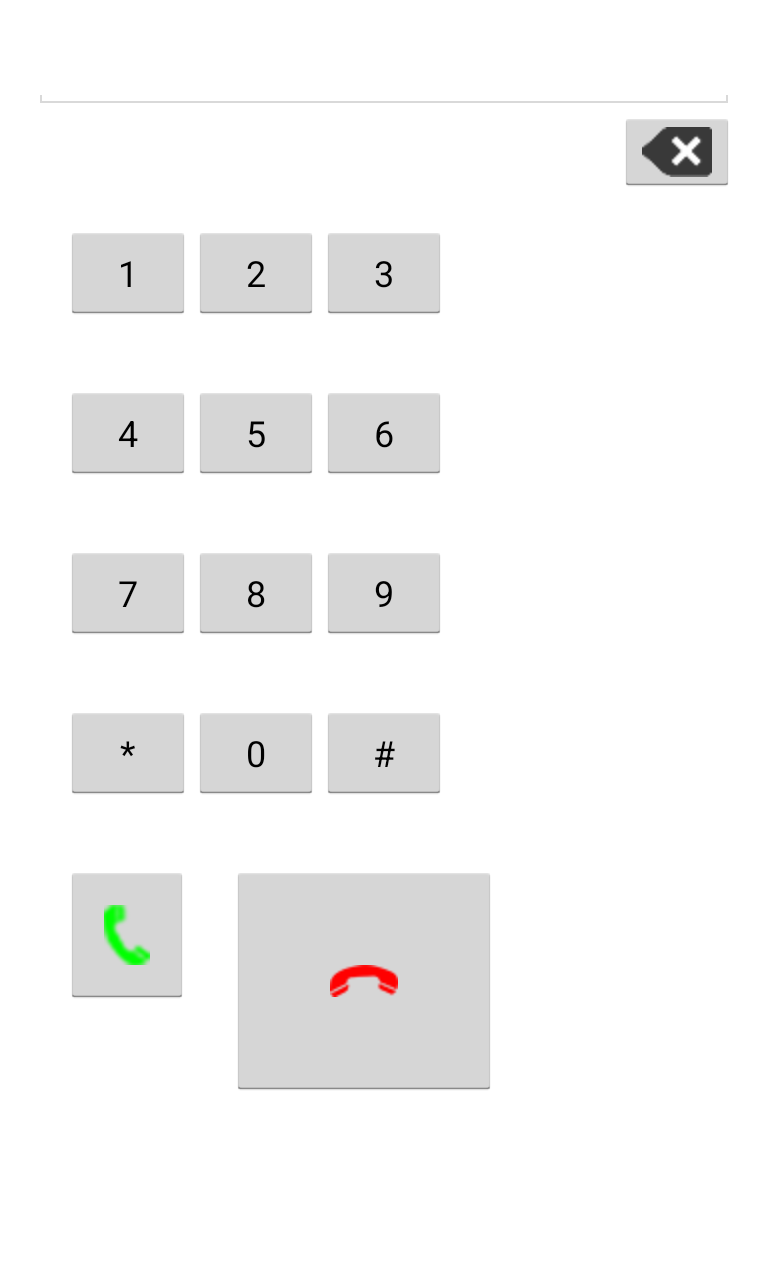
Repository: andreeastoican/Laborator03
Layout: PhoneDialer/res/layout/activity_phone_dialer.xml
An editor plug-in stored every save of this project. The layout is shown before and after the next save, followed by the edit.
It is drawn on a 768 x 1280 px phone screen (xhdpi) without system bars, with theme AppTheme; the app's code is not run.

Above is the layout before, as saved 2015-03-10 09:46:00.

### PhoneDialer/res/layout/activity_phone_dialer.xml
<RelativeLayout xmlns:android="http://schemas.android.com/apk/res/android"
    xmlns:tools="http://schemas.android.com/tools"
    android:layout_width="match_parent"
    android:layout_height="match_parent"
    android:paddingBottom="@dimen/activity_vertical_margin"
    android:paddingLeft="@dimen/activity_horizontal_margin"
    android:paddingRight="@dimen/activity_horizontal_margin"
    android:paddingTop="@dimen/activity_vertical_margin"
    tools:context="ro.pub.cs.systems.pdsd.lab03.phonedialer.PhoneDialerActivity" >

    <EditText
        android:id="@+id/id_edit_text"
		android:layout_width="fill_parent"
	    android:layout_height="wrap_content"
	    android:ems="10"
	    android:inputType="text"
	    android:enabled="false"
        />

    <ImageButton
        android:id="@+id/id_img_button"
        android:layout_width="wrap_content"
        android:layout_height="wrap_content"
        android:src="@drawable/backspace"
        android:layout_below="@id/id_edit_text"
        android:layout_alignParentRight="true"
    	/>

	<LinearLayout
	      android:id="@+id/layout1"
		  android:layout_below="@id/id_img_button"
		  android:layout_width="wrap_content"
		  android:layout_height="wrap_content"
		  android:paddingBottom="@dimen/activity_vertical_margin"
		  android:paddingLeft="@dimen/activity_horizontal_margin"
		  android:paddingRight="@dimen/activity_horizontal_margin"
		  android:paddingTop="@dimen/activity_vertical_margin"
		  android:orientation="horizontal">

			<Button
			    android:id="@+id/id1"
			    android:layout_width="wrap_content"
		        android:layout_height="wrap_content"
		        android:text="1"
			    />
			<Button
			    android:id="@+id/id2"
			    android:layout_width="wrap_content"
		        android:layout_height="wrap_content"
		        android:text="2"
			    />
			<Button
			    android:id="@+id/id3"
			    android:layout_width="wrap_content"
		        android:layout_height="wrap_content"
		        android:text="3"
			    />

	</LinearLayout>

	<LinearLayout
	  android:layout_below="@id/layout1"
	  android:id="@+id/layout2"
	  android:layout_width="wrap_content"
	  android:layout_height="wrap_content"
	  android:paddingBottom="@dimen/activity_vertical_margin"
	  android:paddingLeft="@dimen/activity_horizontal_margin"
	  android:paddingRight="@dimen/activity_horizontal_margin"
	  android:paddingTop="@dimen/activity_vertical_margin"
	  android:orientation="horizontal">

		<Button
		    android:id="@+id/id4"
		    android:layout_width="wrap_content"
	        android:layout_height="wrap_content"
	        android:text="4"
		    />
		<Button
		    android:id="@+id/id5"
		    android:layout_width="wrap_content"
	        android:layout_height="wrap_content"
	        android:text="5"
		    />
		<Button
		    android:id="@+id/id6"
		    android:layout_width="wrap_content"
	        android:layout_height="wrap_content"
	        android:text="6"
		    />

	</LinearLayout>


	<LinearLayout
	  android:layout_below="@id/layout2"
	  android:id="@+id/layout3"
	  android:layout_width="wrap_content"
	  android:layout_height="wrap_content"
	  android:paddingBottom="@dimen/activity_vertical_margin"
	  android:paddingLeft="@dimen/activity_horizontal_margin"
	  android:paddingRight="@dimen/activity_horizontal_margin"
	  android:paddingTop="@dimen/activity_vertical_margin"
	  android:orientation="horizontal">

		<Button
		    android:id="@+id/id7"
		    android:layout_width="wrap_content"
	        android:layout_height="wrap_content"
	        android:text="7"
		    />
		<Button
		    android:id="@+id/id8"
		    android:layout_width="wrap_content"
	        android:layout_height="wrap_content"
	        android:text="8"
		    />
		<Button
		    android:id="@+id/id9"
		    android:layout_width="wrap_content"
	        android:layout_height="wrap_content"
	        android:text="9"
		    />

	</LinearLayout>

	<LinearLayout
	  android:layout_below="@id/layout3"
	  android:id="@+id/layout4"
	  android:layout_width="wrap_content"
	  android:layout_height="wrap_content"
	  android:paddingBottom="@dimen/activity_vertical_margin"
	  android:paddingLeft="@dimen/activity_horizontal_margin"
	  android:paddingRight="@dimen/activity_horizontal_margin"
	  android:paddingTop="@dimen/activity_vertical_margin"
	  android:orientation="horizontal">

		<Button
		    android:id="@+id/id10"
		    android:layout_width="wrap_content"
	        android:layout_height="wrap_content"
	        android:text="*"
		    />
		<Button
		    android:id="@+id/id0"
		    android:layout_width="wrap_content"
	        android:layout_height="wrap_content"
	        android:text="0"
		    />
		<Button
		    android:id="@+id/id11"
		    android:layout_width="wrap_content"
	        android:layout_height="wrap_content"
	        android:text="#"
		    />
	</LinearLayout>

	<RelativeLayout
	  android:layout_below="@id/layout4"
	  android:layout_width="wrap_content"
	  android:layout_height="wrap_content"
	  android:paddingBottom="@dimen/activity_vertical_margin"
	  android:paddingLeft="@dimen/activity_horizontal_margin"
	  android:paddingRight="@dimen/activity_horizontal_margin"
	  android:paddingTop="@dimen/activity_vertical_margin"
	  android:orientation="horizontal">

		<ImageButton
		    android:id="@+id/img_on"
		    android:layout_width="wrap_content"
	        android:layout_height="wrap_content"
	        android:src="@drawable/call"
	        android:padding="20dp"
		    />

		<ImageButton
		    android:id="@+id/img_off"
		    android:layout_width="wrap_content"
	        android:layout_height="wrap_content"
	        android:text="#"
	        android:layout_toRightOf="@id/img_on"
	        android:padding="50dp"
	        android:layout_marginLeft="20dp"
	        android:src="@drawable/hangup"
		    />
	</RelativeLayout>"

</RelativeLayout>

Loaded but not shown: PhoneDialer/res/values/styles.xml (common file); PhoneDialer/res/values-v11/styles.xml (common file); PhoneDialer/res/values-v14/styles.xml (common file); PhoneDialer/res/values/dimens.xml (common file); PhoneDialer/res/values-w820dp/dimens.xml (common file)

After the next save:
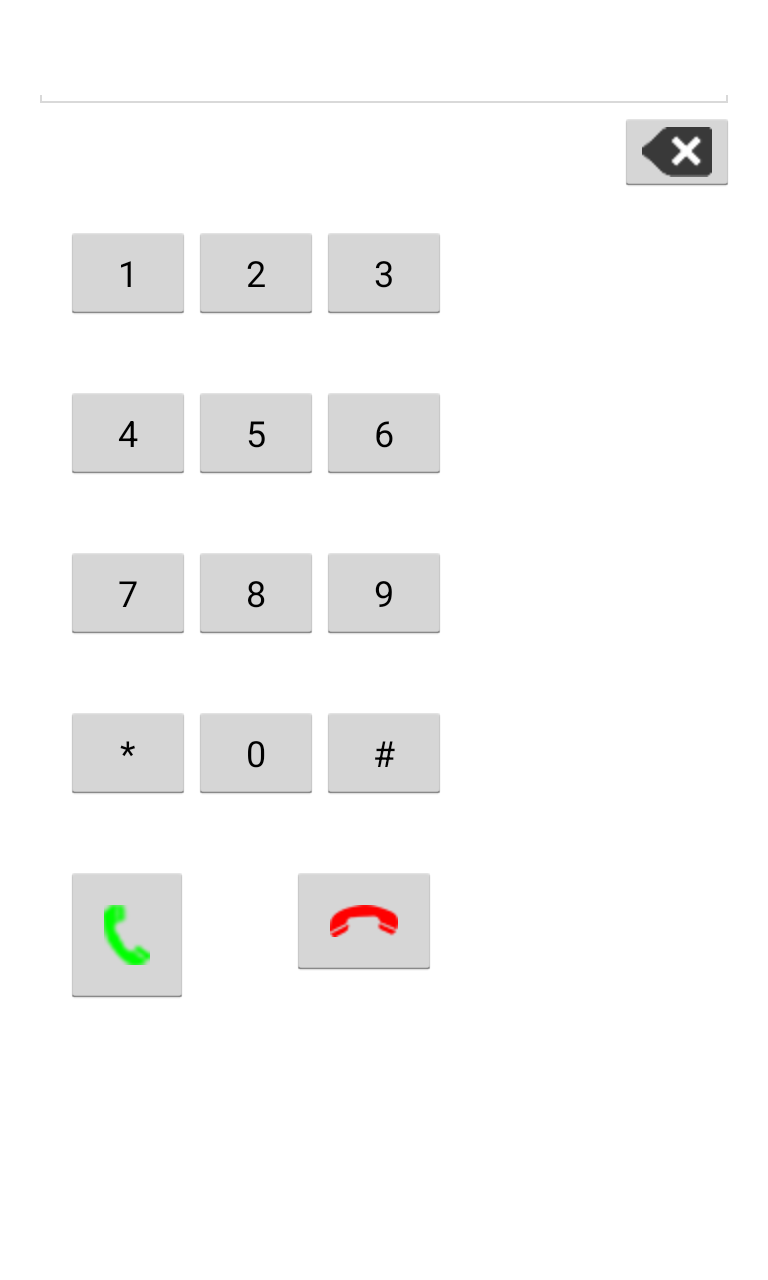
Saved 5 s later.
--- a/PhoneDialer/res/layout/activity_phone_dialer.xml
+++ b/PhoneDialer/res/layout/activity_phone_dialer.xml
@@ -178,8 +178,8 @@
 	        android:layout_height="wrap_content"
 	        android:text="#"
 	        android:layout_toRightOf="@id/img_on"
-	        android:padding="50dp"
-	        android:layout_marginLeft="20dp"
+	        android:padding="20dp"
+	        android:layout_marginLeft="50dp"
 	        android:src="@drawable/hangup"
 		    />
 	</RelativeLayout>"
